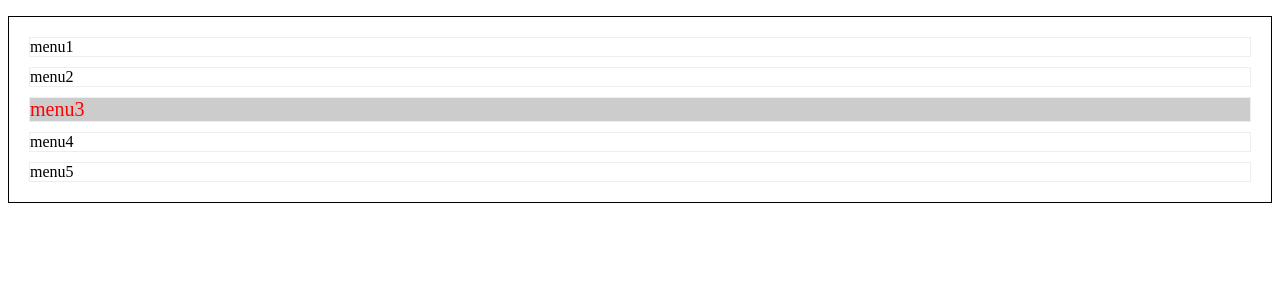
Repository: swc0516s/EZEN-JS
Page: JavaScript Workspace Lecture/JavaScript_jQuery_03/WebContent/Chapter05/5_14.html
The author's editor kept a copy of each file at every save. The page is drawn from the files as they stood at one save, then again after the next save.
The browser window is 1280 px wide. The pictures show the whole page.

Above is the page before, as saved 2022-03-22 01:08:49.

### JavaScript Workspace Lecture/JavaScript_jQuery_03/WebContent/Chapter05/5_14.html
<!DOCTYPE html>
<html>
<head>
<meta charset="UTF-8">
<title>Insert title here</title>
<style type="text/css">
body {
	font-size: 16px;
	font-family: "굴림;"
}

ul.menu {
	padding: 10px;
	list-style: none;
	border: 1px #000 solid;
}

ul.menu li {
	border: 1px #eeeeee solid;
	margin: 10px;
}

li.select {
	background-color: #ccc;
	color: #f00;
	font-size: 20px;
}

ul.menu li.border {
	border: 4px solid #f00;
}
</style>
<script type="text/javascript" src="../libs/jquery-3.6.0.min.js"></script>
<script type="text/javascript">
	// 클릭한 메뉴 항목에 "select" 클래스가 적용되어있지 않은 경우 적용해주고 그렇지 않은 경우 제거
	$(document).ready(function() {
		// 메뉴 아이템에 클릭 이벤트 등록
		$("ul.menu li").click(function() {
			var item = $(this);
			if (item.hasClass("select") == false)
				item.addClass("select");
			else
				item.removeClass("select");

		});
	});
</script>
</head>
<body>
	<ul class="menu">
		<li>menu1</li>
		<li>menu2</li>
		<li class="select">menu3</li>
		<li>menu4</li>
		<li>menu5</li>


	</ul>

</body>
</html>

Loaded but not shown: JavaScript Workspace Lecture/JavaScript_jQuery_03/WebContent/libs/jquery-3.6.0.min.js (library)

After the next save:
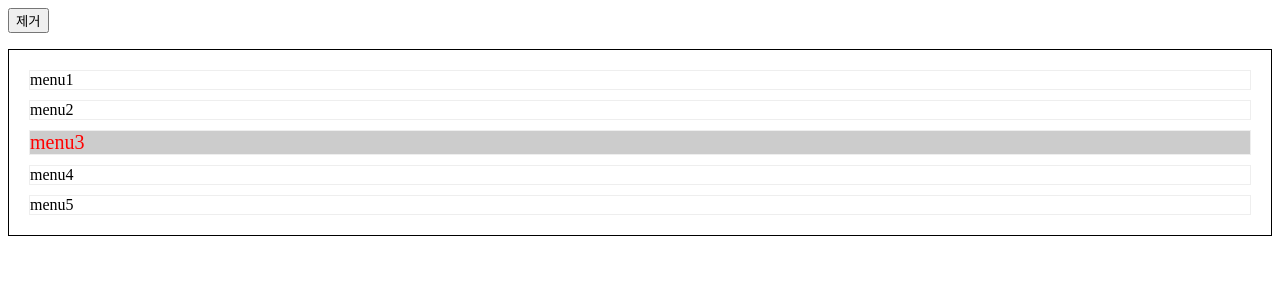
Saved 21 min 35 s later.
--- a/JavaScript Workspace Lecture/JavaScript_jQuery_03/WebContent/Chapter05/5_14.html
+++ b/JavaScript Workspace Lecture/JavaScript_jQuery_03/WebContent/Chapter05/5_14.html
@@ -32,7 +32,7 @@ ul.menu li.border {
 </style>
 <script type="text/javascript" src="../libs/jquery-3.6.0.min.js"></script>
 <script type="text/javascript">
-	// 클릭한 메뉴 항목에 "select" 클래스가 적용되어있지 않은 경우 적용해주고 그렇지 않은 경우 제거
+	// 제거버튼(#remove)을 누르면 클래스가
 	$(document).ready(function() {
 		// 메뉴 아이템에 클릭 이벤트 등록
 		$("ul.menu li").click(function() {
@@ -47,6 +47,7 @@ ul.menu li.border {
 </script>
 </head>
 <body>
+<button id="remove">제거</button>
 	<ul class="menu">
 		<li>menu1</li>
 		<li>menu2</li>
